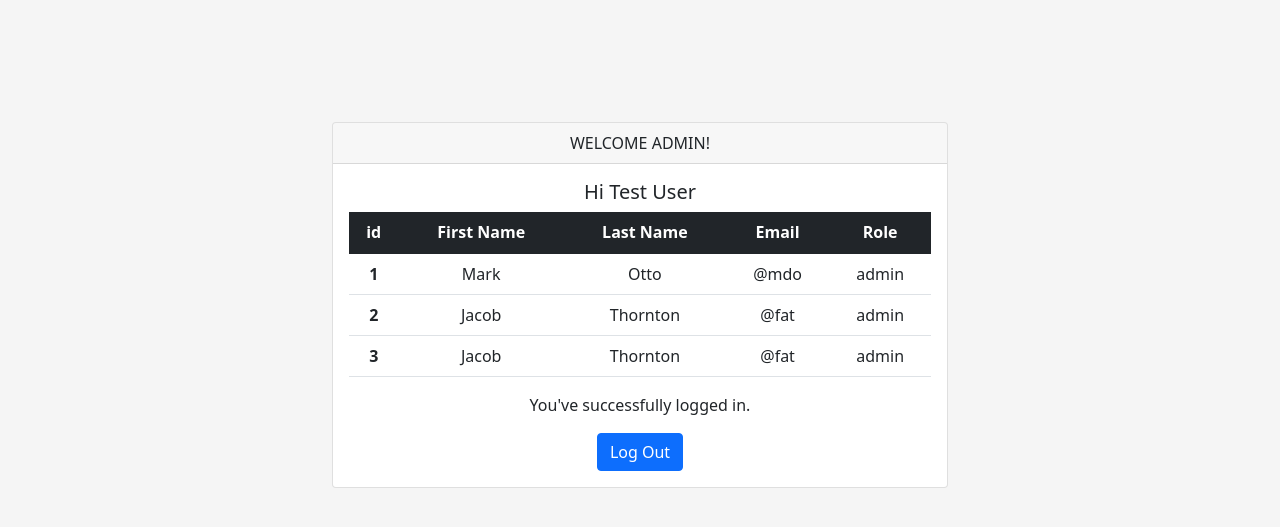
Repository: rabin-bhandari/LOGIN-SIGNUP
Page: http://localhost/welcome.php
An editor plug-in stored every save of this project. The page is shown before and after the next save, followed by the edit.
The browser window is 1280 px wide. The pictures show the whole page.
The page is run by PHP 8.4 with error messages shown; the project is at /var/www/html/. The session is filled in as if someone had signed in: {"email": "test@example.com", "first_name": "Test User", "last_name": "Test User", "id": 1, "admin": 1}.

Above is the page before, as saved 2022-03-27 20:20:50.

After the next save:
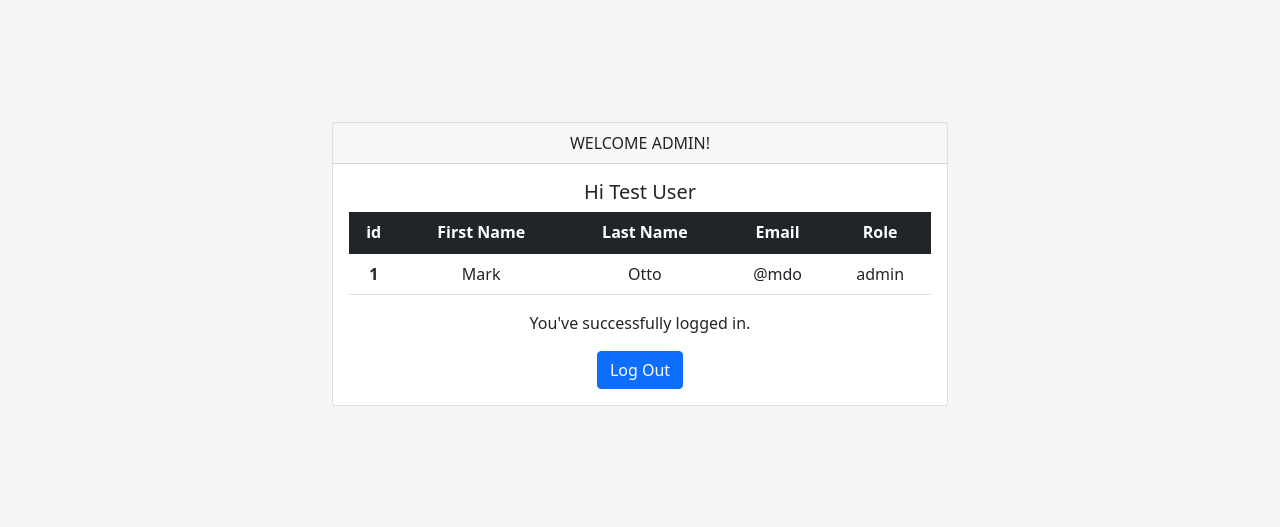
Saved 2 min 16 s later.
--- a/welcome.php
+++ b/welcome.php
@@ -49,20 +49,6 @@ if (isset($_SESSION['id']) && isset($_SESSION['email'])) {
                   <td>@mdo</td>
                   <td>admin</td>
                 </tr>
-                <tr>
-                  <th scope="row">2</th>
-                  <td>Jacob</td>
-                  <td>Thornton</td>
-                  <td>@fat</td>
-                  <td>admin</td>
-                </tr>
-                <tr>
-                  <th scope="row">3</th>
-                  <td>Jacob</td>
-                  <td>Thornton</td>
-                  <td>@fat</td>
-                  <td>admin</td>
-                </tr>
               </tbody>
             </table>
             <p class="card-text">You've successfully logged in.</p>
